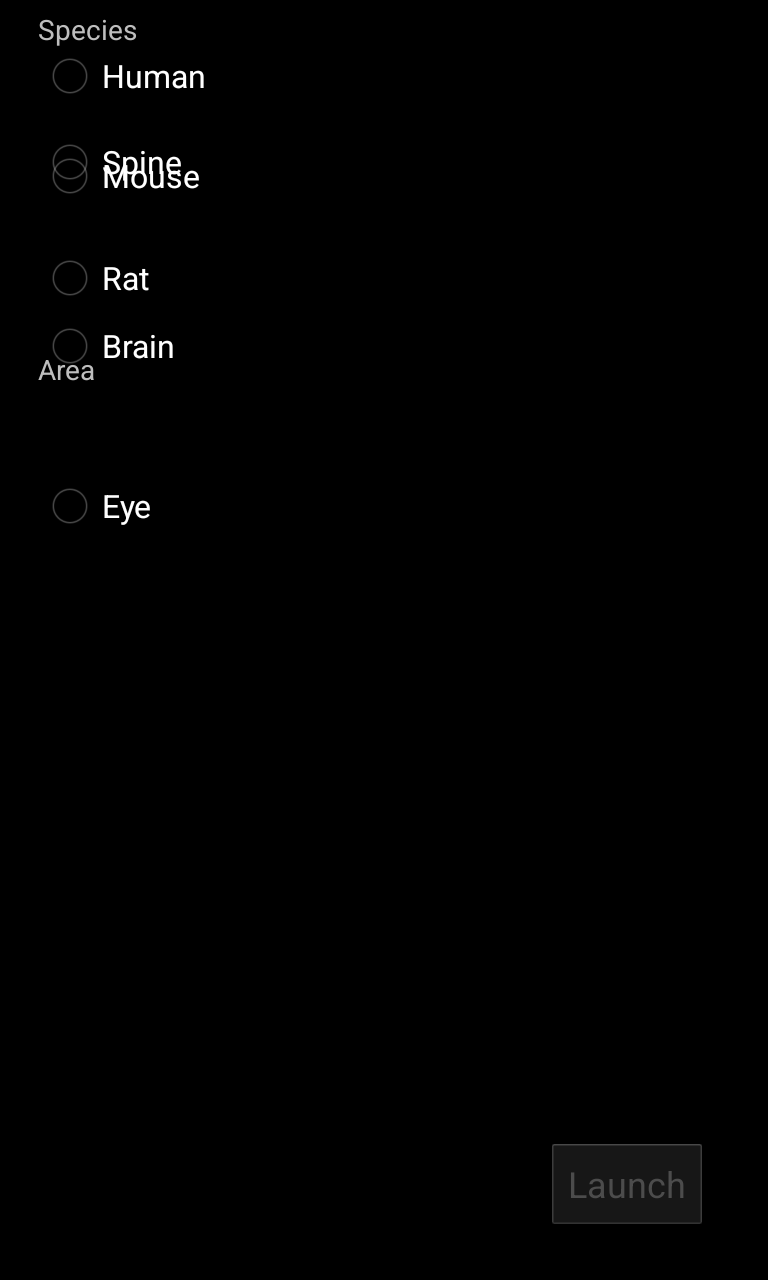
Repository: Ekarg/CSCE315Project3
Layout: Project3/res/layout/activity_main.xml
These files come from the project's save history. The layout is drawn as it stood at one moment and after the next save; the edit follows.
It is drawn on a 768 x 1280 px phone screen (xhdpi) without system bars, with theme android:Theme.Holo; the app's code is not run.

Above is the layout before, as saved 2013-11-27 20:01:35.

### Project3/res/layout/activity_main.xml
<RelativeLayout xmlns:android="http://schemas.android.com/apk/res/android"
    xmlns:tools="http://schemas.android.com/tools"
    android:layout_width="match_parent"
    android:layout_height="match_parent"
    android:paddingBottom="5dp"
    android:paddingLeft="5dp"
    android:paddingRight="5dp"
    android:paddingTop="5dp"
    tools:context=".MainActivity" >

    <Button
        android:id="@+id/button1"
        android:layout_width="wrap_content"
        android:layout_height="wrap_content"
        android:layout_alignParentBottom="true"
        android:layout_alignParentRight="true"
        android:layout_marginBottom="19dp"
        android:layout_marginRight="24dp"
        android:enabled = "false"
		android:onClick="launch"
        android:text="@string/Button" />

    <TextView
        android:id="@+id/textView1"
        android:layout_width="wrap_content"
        android:layout_height="wrap_content"
        android:layout_marginLeft="14dp"
        android:layout_alignParentTop="true"
        android:text="@string/species" />

   <RadioGroup
        android:id="@+id/radioGroup1"
        android:layout_width="fill_parent"
        android:layout_height="wrap_content"
        android:layout_alignParentTop="true"
        android:layout_centerHorizontal="true"
        android:orientation="vertical" >

        <RadioButton
            android:id="@+id/radioButton1"
            android:layout_width="wrap_content"
            android:layout_height="wrap_content"
            android:layout_marginLeft="14dp"
            android:checked = "false"
            android:layout_marginTop="17dp"
            android:text="@string/human"
            android:onClick="onRadioButtonClicked"/>

        <RadioButton
            android:id="@+id/radioButton2"
            android:layout_width="wrap_content"
            android:layout_height="wrap_content"
            android:layout_marginLeft="14dp"
            android:checked = "false"
            android:layout_marginTop="18dp"
            android:text="@string/mouse"
            android:onClick="onRadioButtonClicked"/>

        <RadioButton
            android:id="@+id/radioButton3"
            android:layout_width="wrap_content"
            android:layout_height="wrap_content"
            android:layout_marginLeft="14dp"
            android:checked = "false"
            android:layout_marginTop="19dp"
            android:text="@string/rat"
            android:onClick="onRadioButtonClicked"/>
    </RadioGroup>

    <TextView
        android:id="@+id/textView2"
        android:layout_width="wrap_content"
        android:layout_height="wrap_content"
        android:layout_alignLeft="@+id/textView1"
        android:layout_below="@+id/radioGroup1"
        android:layout_marginTop="20dp"
        android:text="@string/area"
        android:onClick="onRadioButtonClicked" />

     <RadioGroup
        android:id="@+id/radioGroup2"
        android:layout_width="fill_parent"
        android:layout_height="wrap_content"
        android:checked = "false"
        android:layout_alignParentTop="true"
        android:layout_centerHorizontal="true"
        android:orientation="vertical" >

	    <RadioButton
	        android:id="@+id/radioButton4"
	        android:layout_width="wrap_content"
	        android:layout_height="wrap_content"
	        android:checked = "false"
	        android:layout_marginLeft="14dp"
	        android:layout_marginTop="60dp"
	        android:text="@string/spine"
	        android:onClick="onRadioButtonClicked"/>

	    <RadioButton
	        android:id="@+id/radioButton5"
	        android:layout_width="wrap_content"
	        android:layout_height="wrap_content"
	        android:layout_marginLeft="14dp"
	        android:layout_marginTop="60dp"
	        android:checked="false"
	        android:onClick="onRadioButtonClicked"
	        android:text="@string/brain" />

	     <RadioButton
         android:id="@+id/radioButton6"
         android:layout_width="wrap_content"
         android:layout_height="wrap_content"
         android:checked = "false"
         android:layout_marginLeft="14dp"
         android:layout_marginTop="48dp"
         android:text="@string/eye"
         android:onClick="onRadioButtonClicked" />
	</RadioGroup>



</RelativeLayout>

### Project3/res/values/strings.xml
<?xml version="1.0" encoding="utf-8"?>
<resources>

    <string name="app_name">Show Me the.... Neuron!</string>
    <string name="action_settings">Settings</string>
    <string name="hello_world">Hello world!</string>
    <string name="Button">Launch</string>
    <string name="title_activity_second">Neuron Display</string>
    <string name="species">Species</string>
    <string name="human">Human</string>
    <string name="mouse">Mouse</string>
    <string name="rat">Rat</string>
    <string name="area">Area</string>
    <string name="eye">Eye</string>
    <string name="brain">Brain</string>
    <string name="spine">Spine</string>


</resources>

After the next save:
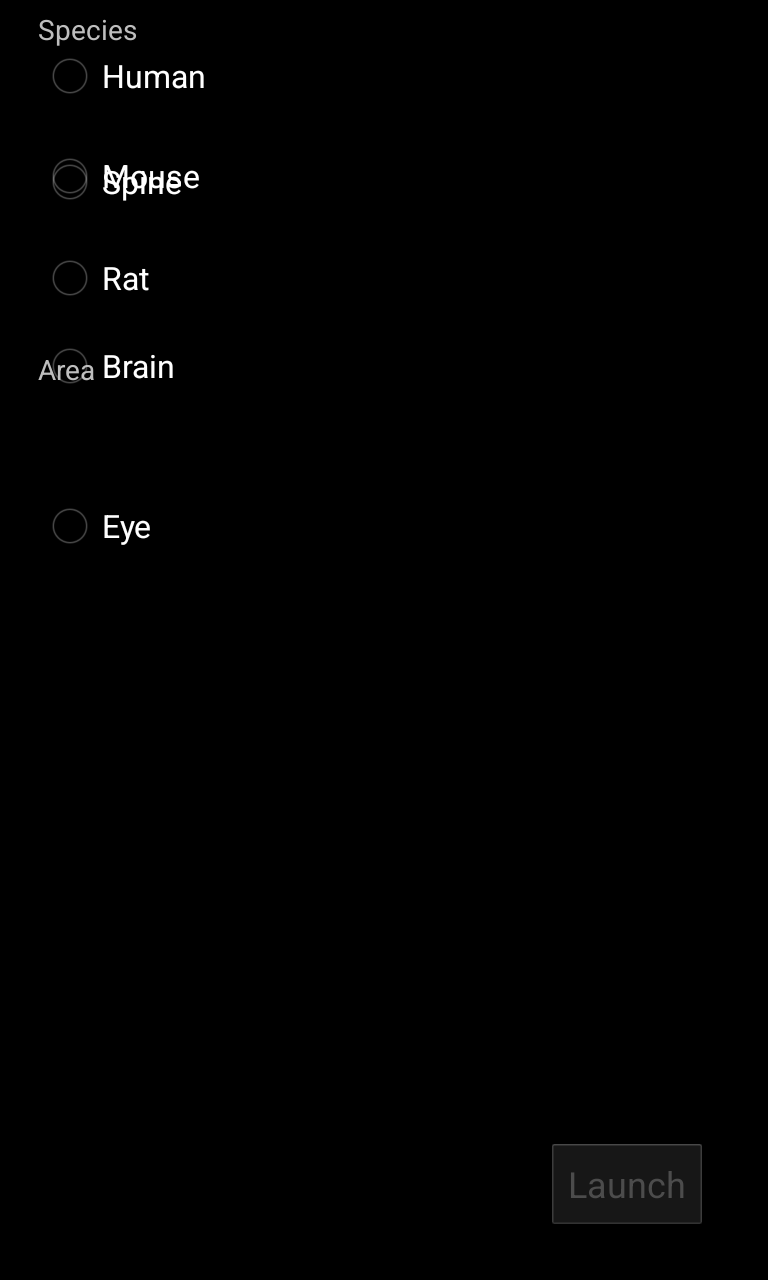
Saved 8 s later.
--- a/Project3/res/layout/activity_main.xml
+++ b/Project3/res/layout/activity_main.xml
@@ -92,7 +92,7 @@
 	        android:layout_height="wrap_content"
 	        android:checked = "false"
 	        android:layout_marginLeft="14dp"
-	        android:layout_marginTop="60dp"
+	        android:layout_marginTop="70dp"
 	        android:text="@string/spine"
 	        android:onClick="onRadioButtonClicked"/>
 
